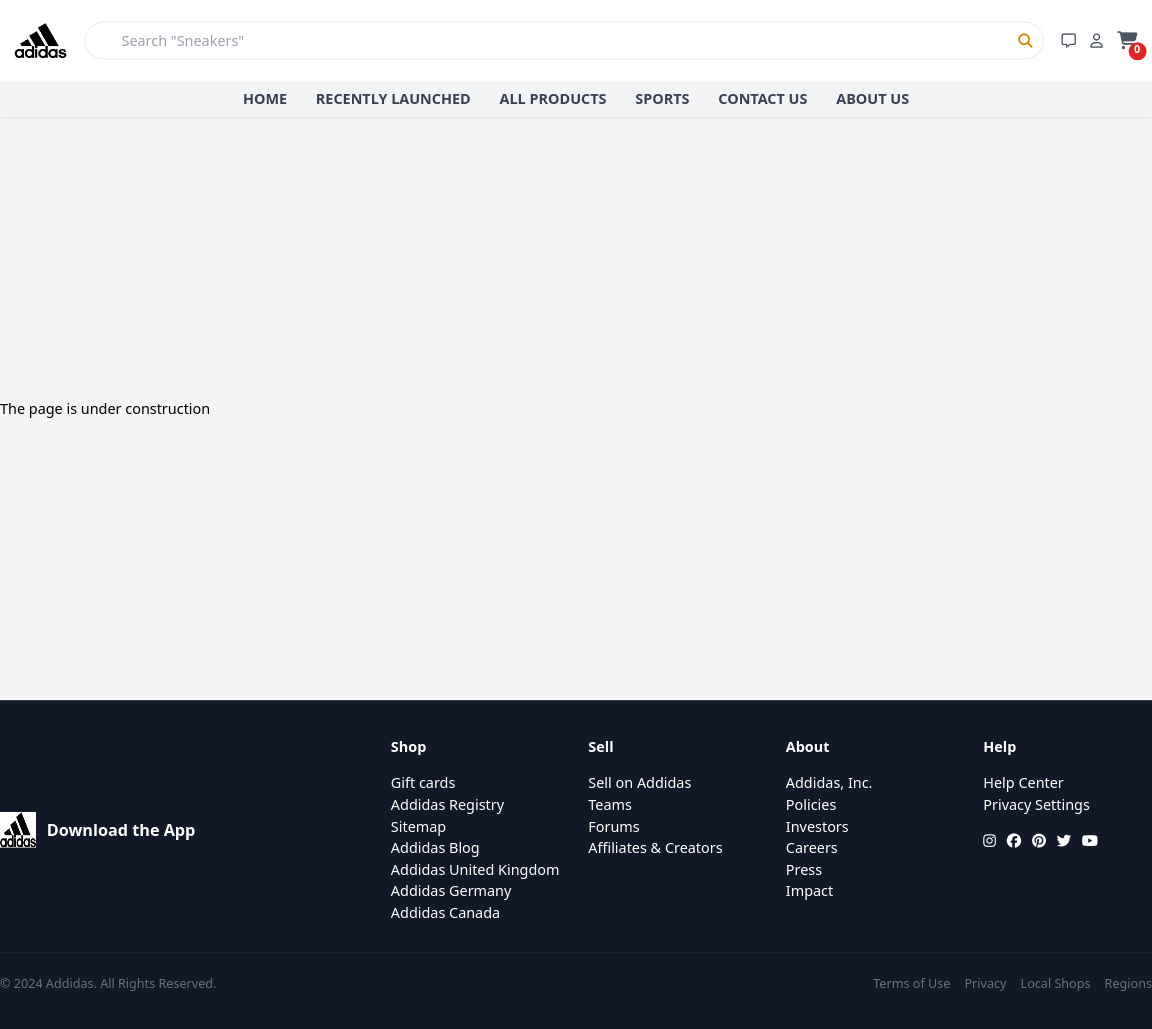
Repository: AsirAl-Anan/mid-01
Page: pages/under-construction.html
These files come from the project's save history. The page is drawn as it stood at one moment and after the next save; the edit follows.
The browser window is 1280 px wide. The pictures show the whole page, at 90% of full size.
Some web libraries are served in a nearby version.

Above is the page before, as saved 2024-09-08 21:37:27.
Console error: TypeError: Cannot read properties of null (reading 'addEventListener')

After the next save:
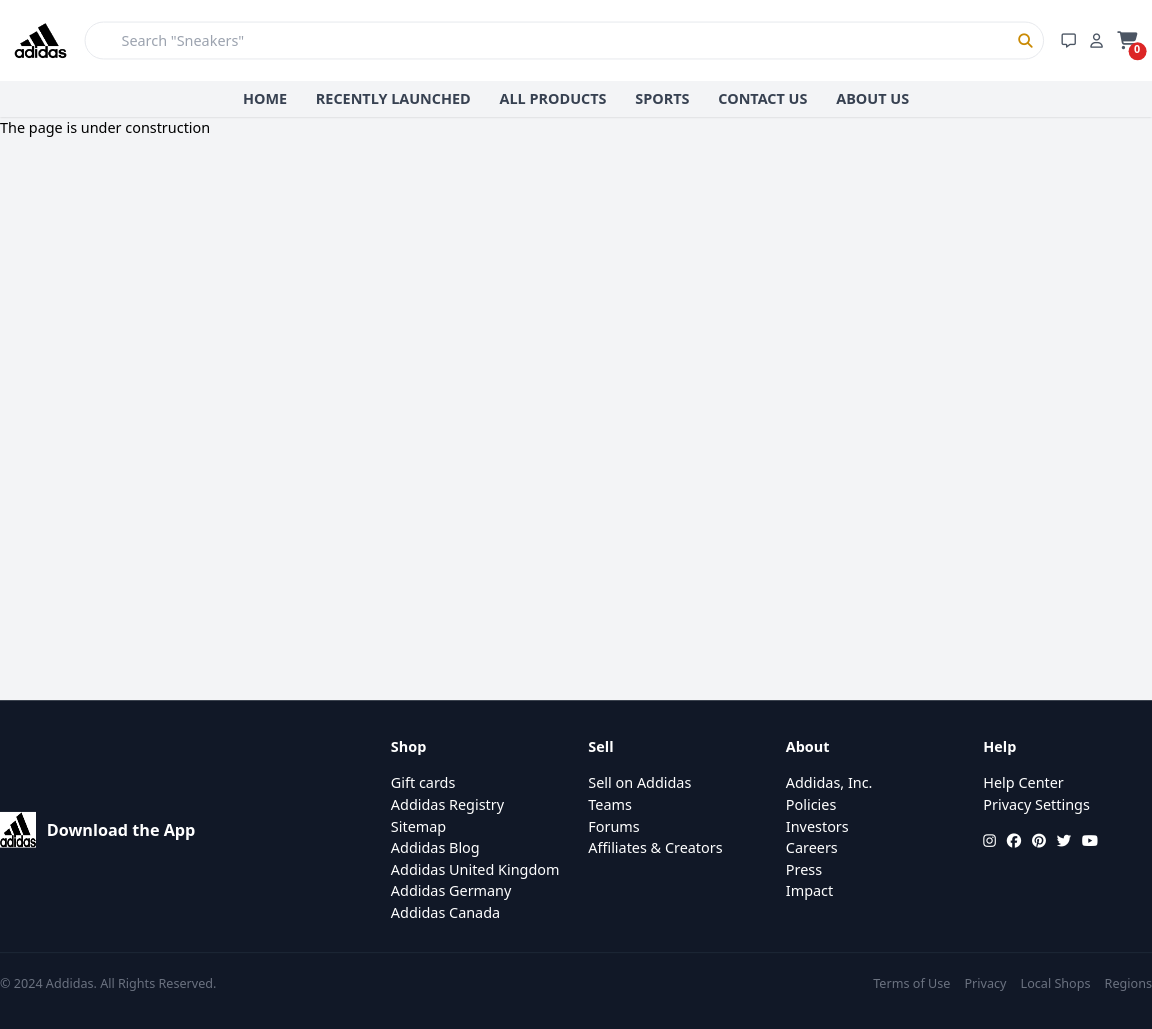
Saved 4 s later.
--- a/pages/under-construction.html
+++ b/pages/under-construction.html
@@ -96,7 +96,7 @@
 
 
 
-        <div class="container flex h-[90vh] w-full items-center">
+        <div class="container flex h-[90vh] w-full">
           <p class="text-center">The page is under construction</p>
         </div>
 

After the 3 saves that followed:
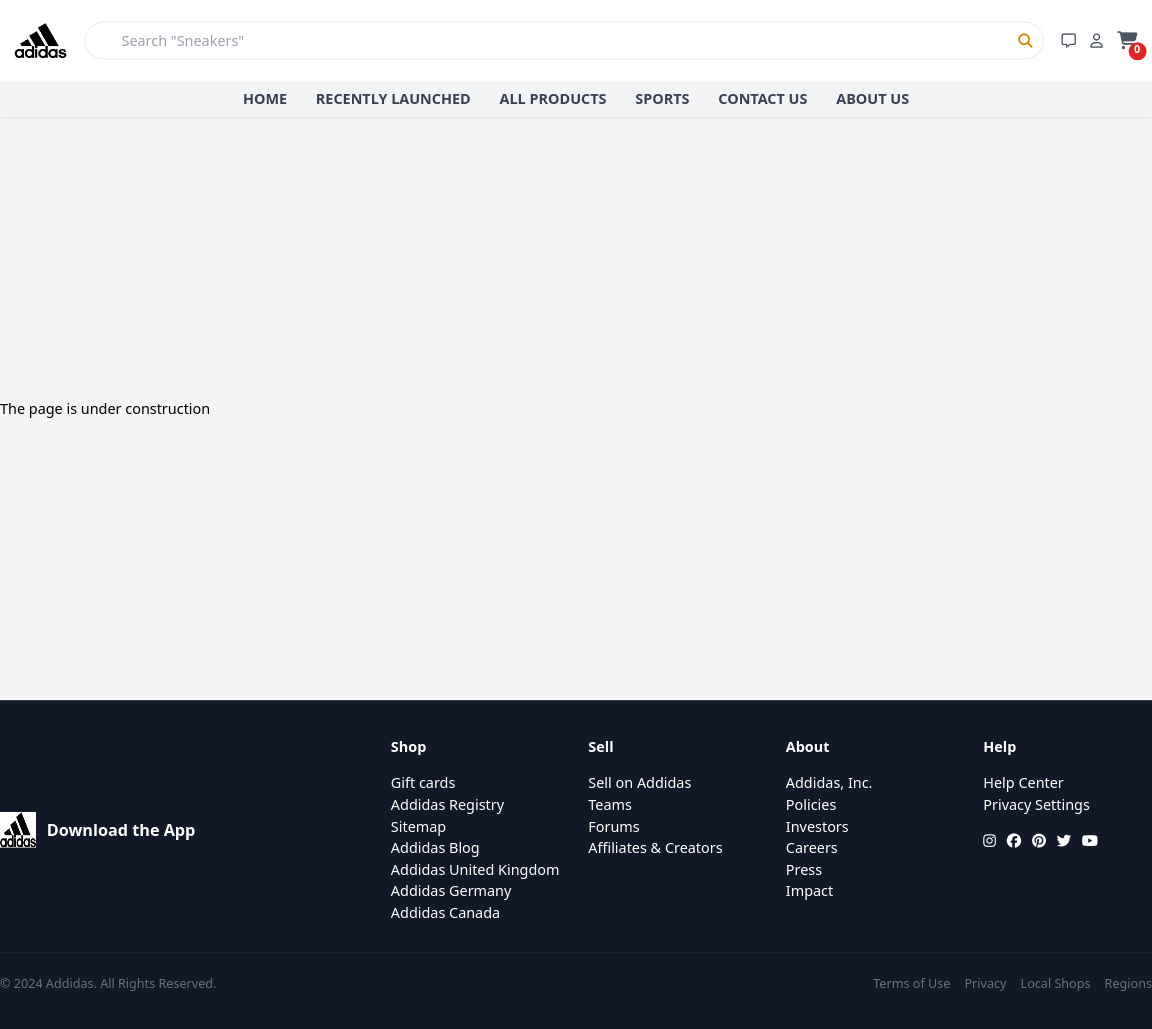
The 3 saves are shown as one change because they came seconds apart.
The last was saved 11 s later.
--- a/pages/under-construction.html
+++ b/pages/under-construction.html
@@ -96,7 +96,7 @@
 
 
 
-        <div class="container flex h-[90vh] w-full">
+        <div class="container flex h-[90vh] w-full items-center text-center">
           <p class="text-center">The page is under construction</p>
         </div>
 
